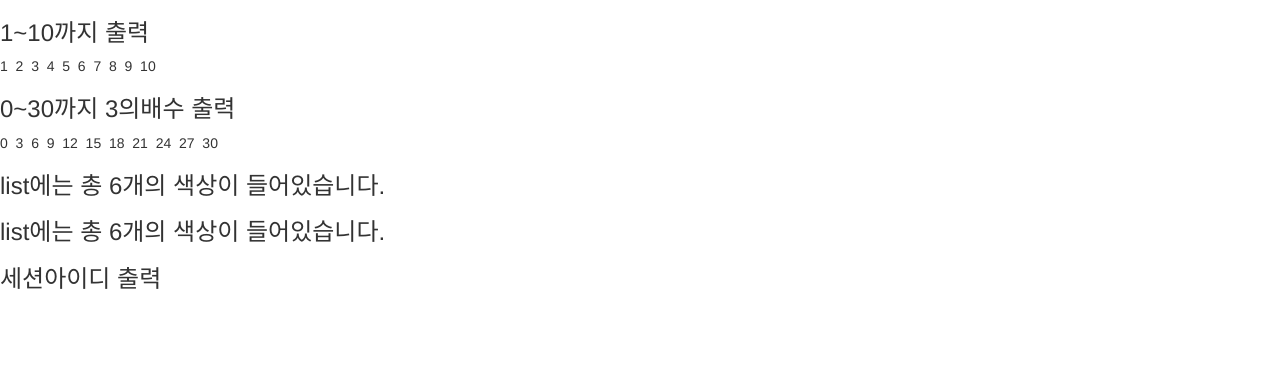
Repository: jungbee2/jungproject
Page: http://localhost/JstlProject/day0330/ex5_foreach.jsp
These files come from the project's save history. The page is drawn as it stood at one moment and after the next save; the edit follows.
The browser window is 1280 px wide. The pictures show the whole page.
Some web fonts or font styles are not loaded; a fallback is used. The page is served by Tomcat 9.

Above is the page before, as saved 2023-03-30 02:27:25.

After the next save:
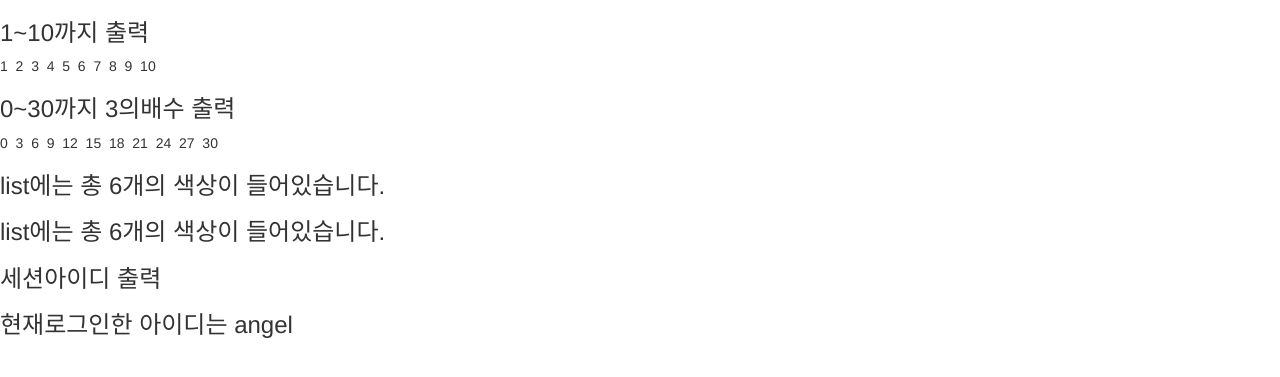
Saved 21 s later.
--- a/JstlProject/src/main/webapp/day0330/ex5_foreach.jsp
+++ b/JstlProject/src/main/webapp/day0330/ex5_foreach.jsp
@@ -53,5 +53,6 @@
 <h3>list에는 총 ${total }개의 색상이 들어있습니다.</h3>
 
 <h3>세션아이디 출력</h3>
+<h3>현재로그인한 아이디는 ${sessionScope.id }</h3>
 </body>
 </html>
